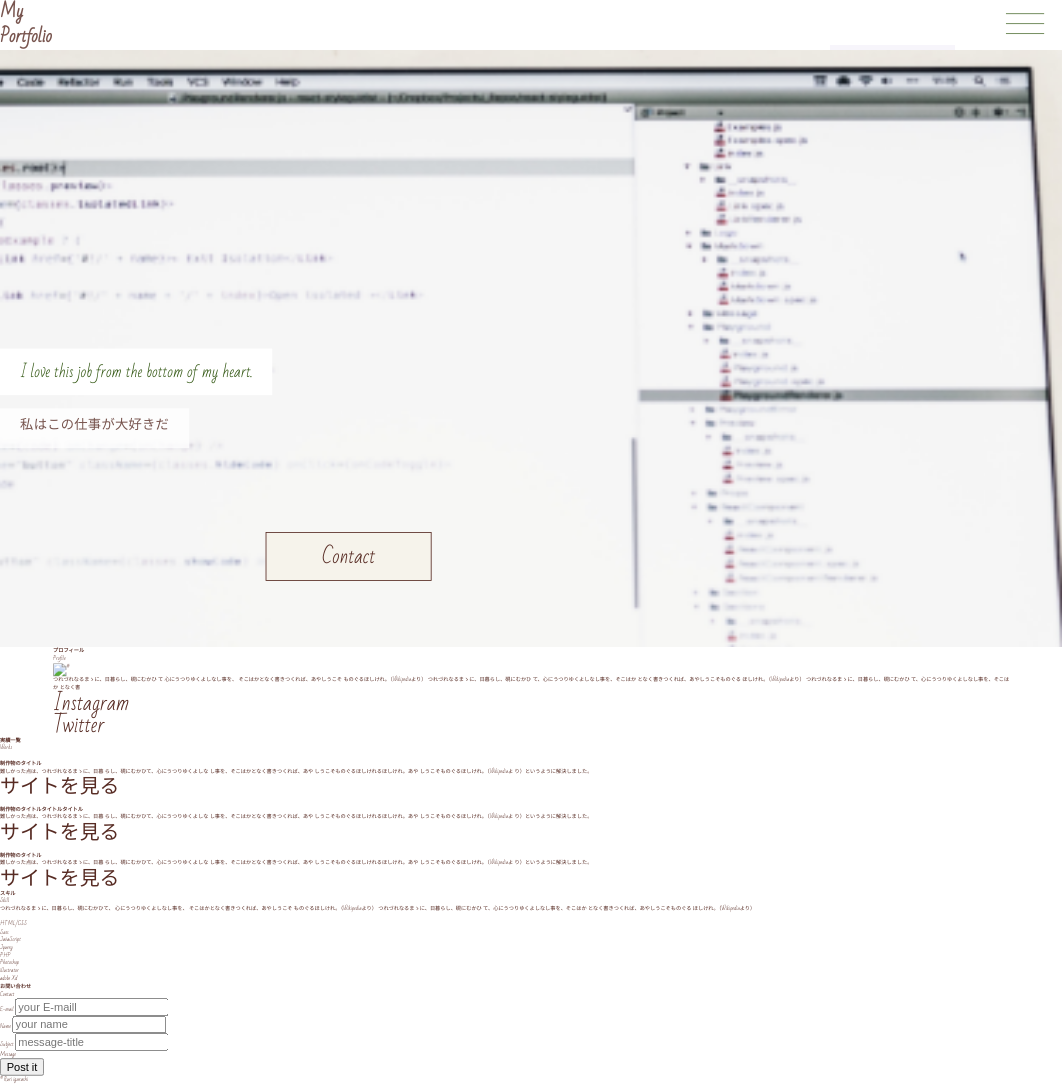
Repository: ppmp556/igarashi.kakuu
Page: index.html
The author's editor kept a copy of each file at every save. The page is drawn from the files as they stood at one save, then again after the next save.
The browser window is 1280 px wide. The pictures show the whole page, at 83% of full size.
Some web libraries are served in a nearby version. The style sheet was rebuilt from its Sass, Less or Tailwind sources for each picture, by a compiler version that may differ from the author's.

Above is the page before, as saved 2020-10-25 12:17:07.
Console error: TypeError: Cannot read properties of null (reading 'addEventListener')

### index.html
<!DOCTYPE html>
<html lang="ja">
    <head>
        <meta charset="UTF-8">
        <meta name="viewport" content="width=device-width, initial-scale=1.0, maximum-scale=1.0, minimum-scale=1.0">
        <link rel="stylesheet" href="faundation.css" type="text/css">
        <link rel="stylesheet" href="./css/style.css" type="text/css">
        <link href="https://use.fontawesome.com/releases/v5.6.1/css/all.css" rel="stylesheet">
        <link href="https://fonts.googleapis.com/css?family=Bad+Script" rel="stylesheet">
        <link href="https://fonts.googleapis.com/css?family=Sawarabi+Gothic" rel="stylesheet">
        <link rel="img" href="image">
        <title>架空LP</title>

    </head>
    <body>

        <div class="container">
            <header class="header">
                <h1 class="header_ttl">
                    <a href="index.html" class="header_link">My Portfolio</a><!-- /.header_link -->
                </h1><!-- /.header_ttl -->
                <nav class="nav">
                    <div class="nav_wrapper" id="nav_lists">
                        <!-- ハンバーガーメニュー部分 -->
                        <div class="toggle_btn" id="nav_toggler">
                            <span class="toggle_line __tg1"></span>
                            <span class="toggle_line __tg2"></span>
                            <span class="toggle_line __tg3"></span>
                        </div>
                        <!-- ハンバーガーメニューここまで -->
                    </div>
                    <ul class="nav_list flex">
                        <li class="nav_item">
                            <a href="#" class="nav_link">Profile<span class="nav_sp">プロフィール</a><!-- /.nav_link -->
                        </li><!-- /.nav_item -->
                        <li class="nav_item">
                            <a href="#" class="nav_link">Works<span class="nav_sp">実績一覧</a><!-- /.nav_link -->
                        </li><!-- /.nav_item -->
                        <li class="nav_item">
                            <a href="#" class="nav_link">Skill<span class="nav_sp">スキル</a><!-- /.nav_link -->
                        </li><!-- /.nav_item -->
                        <li class="nav_item">
                            <a href="#" class="nav_link">Contact<span class="nav_sp">お問い合わせ</a><!-- /.nav_link -->
                        </li><!-- /.nav_item -->
                    </ul><!-- /.nav_list -->
                </nav><!-- /.nav -->
            </header><!-- /.header -->
        </div><!-- /.container -->
        <div class="kv">
            <div class="kv_txtbox">
                <p class="kv_txt">I love this job from the bottom of my heart.</p><!-- /.kv_txt -->
                <p class="kv_txt __subtxt">私はこの仕事が大好きだ</p><!-- /.kv_txt -->
            </div><!-- /.kv_txtbox -->
            <div class="contact_box">
                <a href="#" class="contact_link">Contact</a><!-- /.contact_link -->
            </div><!-- /.contact_box -->
        </div><!-- /.kv -->
        <main>
            <div class="inner">

                <section class="prof" id="prof">
                    <div class="section_ttlbox">
                        <h2 class="prof_ttl">プロフィール</h2><!-- /.prof_ttl -->
                        <span class="prof_sub">Profile</span>
                    </div><!-- /.section_ttlbox -->
                    <div class="prof_imgbox">
                        <img src="" alt="#">
                    </div><!-- /.prof_imgbox -->
                    <p class="prof_txt">
                        つれづれなるまゝに、日暮らし、硯にむかひ
                        て
                        心にうつりゆくよしなし事を、
                        そこはかとなく書きつくれば、あやしうこそ
                        ものぐるほしけれ。（Wikipediaより）
                        つれづれなるまゝに、日暮らし、硯にむかひ
                        て、心にうつりゆくよしなし事を、そこはか
                        となく書きつくれば、あやしうこそものぐる
                        ほしけれ。（Wikipediaより）
                        つれづれなるまゝに、日暮らし、硯にむかひ
                        て、心にうつりゆくよしなし事を、そこはか
                        となく書
                    </p><!-- /.prof_txt -->
                    <div class="section_btnbox">
                        <div class="site_btn">
                            <a href="#" class="site_link">Instagram</a>
                        </div><!-- /.site_btn -->
                        <div class="site_btn">
                            <a href="#" class="site_link">Twitter</a>
                        </div><!-- /.site_btn -->
                    </div><!-- /.section_btnbox -->
                </section><!-- /#prof.prof -->


                <section class="work" id="work">
                    <div class="section_ttlbox">
                        <h2 class="work_ttl">実績一覧</h2><!-- /.work_ttl -->
                        <span class="work_sub">Works</span>
                    </div><!-- /.section_ttlbox -->

                    <div class="work_imgbox">
                        <ul class="work_list">
                            <li class="work_item">
                                <img src="" alt="" class="work_img">
                                <h3 class="work_ttl">制作物のタイトル</h3><!-- /.work_txt -->
                                <p class="work_txt">
                                    難しかった点は、つれづれなるまゝに、日暮
                                    らし、硯にむかひて、心にうつりゆくよしな
                                    し事を、そこはかとなく書きつくれば、あや
                                    しうこそものぐるほしけれるほしけれ。あや
                                    しうこそものぐるほしけれ。（Wikipediaよ
                                    り）というように解決しました。
                                </p><!-- /.work_txt -->
                                <div class="site_btn">
                                    <a href="#" class="site_link">サイトを見る</a>
                                </div><!-- /.site_btn -->
                            </li><!-- /.work_item -->
                            <li class="work_item">
                                <img src="" alt="" class="work_img">
                                <h3 class="work_ttl">制作物のタイトルタイトルタイトル</h3><!-- /.work_txt -->
                                <p class="work_txt">
                                    難しかった点は、つれづれなるまゝに、日暮
                                    らし、硯にむかひて、心にうつりゆくよしな
                                    し事を、そこはかとなく書きつくれば、あや
                                    しうこそものぐるほしけれるほしけれ。あや
                                    しうこそものぐるほしけれ。（Wikipediaよ
                                    り）というように解決しました。
                                </p><!-- /.work_txt -->
                                <div class="site_btn">
                                    <a href="#" class="site_link">サイトを見る</a>
                                </div><!-- /.site_btn -->
                            </li><!-- /.work_item -->
                            <li class="work_item">
                                <img src="" alt="" class="work_img">
                                <h3 class="work_ttl">制作物のタイトル</h3><!-- /.work_txt -->
                                <p class="work_txt">
                                    難しかった点は、つれづれなるまゝに、日暮
                                    らし、硯にむかひて、心にうつりゆくよしな
                                    し事を、そこはかとなく書きつくれば、あや
                                    しうこそものぐるほしけれるほしけれ。あや
                                    しうこそものぐるほしけれ。（Wikipediaよ
                                    り）というように解決しました。
                                </p><!-- /.work_txt -->
                                <div class="site_btn">
                                    <a href="#" class="site_link">サイトを見る</a>
                                </div><!-- /.site_btn -->
                            </li><!-- /.work_item -->
                        </ul><!-- /.work_list -->
                    </div><!-- /.work_imgbox -->
                </section><!-- /#work.work -->

                <section class="skii" id="skill">
                    <div class="section_ttlbox">
                        <h2 class="skill_ttl">スキル</h2><!-- /.skill_ttl -->
                        <span class="skill_sub">Skill</span>
                    </div><!-- /.section_ttlbox -->
                    <div class="skill_txtbox">
                        <p class="skill_txt">
                            つれづれなるまゝに、日暮らし、硯にむかひて、
                            心にうつりゆくよしなし事を、
                            そこはかとなく書きつくれば、あやしうこそ
                            ものぐるほしけれ。（Wikipediaより）
                            つれづれなるまゝに、日暮らし、硯にむかひ
                            て、心にうつりゆくよしなし事を、そこはか
                            となく書きつくれば、あやしうこそものぐる
                            ほしけれ。（Wikipediaより）
                        </p><!-- /.skill_txt -->
                    </div><!-- /.skill_txtbox -->
                    <div class="skill_listbox">
                        <div class="skill_imgbox">
                            <img src="" alt="" class="skill_img">
                        </div><!-- /.skill_imgbox -->
                        <ul class="skill_list">
                            <li class="skill_item">HTML/CSS</li><!-- /.skill_item -->
                            <li class="skill_item">Sass</li><!-- /.skill_item -->
                            <li class="skill_item">JavaScript</li><!-- /.skill_item -->
                            <li class="skill_item">Jquery</li><!-- /.skill_item -->
                            <li class="skill_item">PHP</li><!-- /.skill_item -->
                            <li class="skill_item">Photoshop</li><!-- /.skill_item -->
                            <li class="skill_item">illustrator</li><!-- /.skill_item -->
                            <li class="skill_item">adobe Xd</li><!-- /.skill_item -->
                        </ul><!-- /.skill_list -->
                    </div><!-- /.skill_listbox -->
                </section><!-- /#skill.skii -->

                <section class="contact" id="contact">
                    <div class="section_ttlbox">
                        <h2 class="contact_ttl">お問い合わせ</h2><!-- /.contact_ttl -->
                        <span class="contact_sub">Contact</span>
                    </div><!-- /.section_ttlbox -->
                    <form action="#" class="ly-form">
                        <div class="form ord1">
                            <div class="form2">

                                <label for="email" class="formTitle u-formTxt">E-mail</label>
                                <input type="email" class="formBox" name="your-E-mail" placeholder="your E-maill">
                            </div>
                        </div>
                        <div class="form ord2">
                            <div class="form2">
                                    <label for="name" class="formTitle u-formTxt">Name</label>
                                    <input type="text" class="formBox" name="your name" placeholder="your name">

                            </div>
                        </div>
                        <div class="form ord3">
                            <div class="form2">
                                <label for="subject" class="formTitle u-formTxt">Subject</label>
                                <input type="subject" class="formBox" name="message-title" placeholder="message-title">
                            </div>
                        </div>
                        <div class="form ord4">
                            <div class="form2">
                                <label for="message" class="formTitle u-formTxt">Message</label>
                                <textare name="contents" class="area" name="contents" placeholder="contents" rows="4" cols="40"></textare>
                            </div>
                        </div>
                        <div class="inputWrap btnhv u-send">
                            <input type="submit" value="Post it" class="sendBtn">
                        </div>
                    </form>
                </section><!-- /#contact.contact -->
            </div><!-- /.inner -->

        </main>


        <footer class="footer">
            <div class="footer_sharbox">
                <ul class="footer_sharalist">
                    <li class="footer_item"></li><!-- /.footer_item -->
                    <li class="footer_item"></li><!-- /.footer_item -->
                    <li class="footer_item"></li><!-- /.footer_item -->
                </ul><!-- /.footer_sharalist -->
            </div><!-- /.footer_sharbox -->
            <small class="footer_txt">&copy; Ruri igarashi</small>
        </footer><!-- /.footer -->


        <script type="text/javascript" src="menu.js"></script>
        <script src="https://code.jquery.com/jquery-3.4.1.js" integrity="sha256-WpOohJOqMqqyKL9FccASB9O0KwACQJpFTUBLTYOVvVU=" crossorigin="anonymous"></script>

    </body>
</html>

### faundation.css

html,
body,
div,
span,
object,
iframe,
h1,
h2,
h3,
h4,
h5,
h6,
p,
blockquote,
pre,
abbr,
address,
cite,
code,
del,
dfn,
em,
img,
ins,
kbd,
q,
samp,
small,
strong,
sub,
sup,
var,
b,
i,
dl,
dt,
dd,
ol,
ul,
li,
fieldset,
form,
label,
legend,
table,
caption,
tbody,
tfoot,
thead,
tr,
th,
td,
article,
aside,
canvas,
details,
figcaption,
figure,
footer,
header,
hgroup,
menu,
nav,
section,
summary,
time,
mark,
audio,
video {
  margin: 0;
  padding: 0;
  border: 0;
  outline: 0;
  font-size: 100%;
  vertical-align: baseline;
  background: transparent;
}

body {
  line-height: 1.5;
}

article,
aside,
details,
figcaption,
figure,
footer,
header,
hgroup,
menu,
nav,
section {
  display: block;
}

ul,
ol {
  list-style: none;
}

table {
  border-collapse: collapse;
  border-spacing: 0;
}

a {
  color: inherit;
  text-decoration: none;
}

img {
  width: 100%;
  max-width: 100%;
  height: auto;
  vertical-align: bottom;
}

### menu.js
const body = document.body;

const toggler = document.getElementById('navToggler');
//#navToggleを取得し、togglerに格納


const navList = document.getElementById('js-nav');
const navList2 = document.getElementById('js-nav2');
//#navListsを取得し、navListに格納


toggler.addEventListener('click', function() {
    //togglerクリックされたら、
    body.classList.toggle('clicked');

});
navList.addEventListener('click', function(){


    body.classList.remove('clicked');
});
navList2.addEventListener('click', function(){


    body.classList.remove('clicked');
});

### scss/style.scss
@charset "UTF-8";

$cColor: #572B23;
$cBgColor: #f6f3eb;
$cGreen: #315611;
$cwhite: #ffffff;
$cGray: #f9f9f9;


html {
    font-size: 62.5%;
    overflow: auto;


}

body {
    color: $cColor;
    background-color: $cwhite;
    font-family: "Bad Script","Sawarabi Gothic";
    font-size: 62.5%;
    margin: 0 auto;
    overflow: hidden;
    width: 100%;
    height: auto;

}

*, *::before, *::after {
    box-sizing: border-box;
}

a:link, a:visited, a:hover, a:active {
    /*テキストデフォルト下線外し*/
    text-decoration: none;
    /* color: #ffffff; */
}




.container {
    overflow: hidden;
}


.flex {
    display: flex;
    justify-content: flex-start;
}

.inner {
    min-width: 336px;
    width: 100%;
    margin: 0 auto;
}


.site_btn {
    display: flex;
    width: 200px;
    font-size: 2.4rem;
    color: #572B23;
    line-height: 27px;
}

.site_link {
    width: 100%;
    height: 100%;
    display: block;
    margin: auto;
}

/****************

header

*************/

.header {
    display: flex;
    z-index: 5;
    width: 100%;
    height: 100%;
    background-color: $cwhite;
    opacity: .8;

    &_ttl {
        font-size: 2.0rem;
    font-family: "Bad Script";
    opacity: 1;
    color: $cColor;
    }
}

// nav

.nav {
    width: 100%;
    line-height: 20px;
    display: flex;
    justify-content: center;
    align-items: center;


    /* ハンバーガーメニュー */
    &_list {
        position: absolute;
        display: block;
        top: 54px;
        /* left: 377px; */
        left: 1000px;
        overflow: hidden;
        width: 15rem;
        max-height: auto;
        cursor: pointer;

        overflow-y: auto;/*縦方向の表示*/

        display: flex;
        flex-direction: column;
        transition: opacity .8s ease, visibility .6s ease;
        color: #572B23;

        background-color: #F6F3FB;
        visibility: .6s ease;
        opacity: 1;

        &.clicked {
            left: 114px;
            visibility: visible;
            opacity: 0.9;
            width: 262px;
            top: 0;
            /* height: 667px; */
            height: 100vh;
            background-color: #f6f3f8;
            position: absolute;
            display: flex;
            align-items: center;
            justify-content: center;

        }
    }

    &_item {
        padding: 2px 0;
        font-size: 2rem;
        color: #572B23;
        position: relative;

        transition: transform 6s ease, opacity .2s ease;

        &:nth-child(1) {
        transform: translateX(200px);

        transition: transform .6s ease, opacity .2s ease;

        }

        &:nth-child(2) {
        transition-delay: .15s;

        }
        &:nth-child(3) {
        transition-delay: .3s;

        }

        &:nth-child(4) {
        transition-delay: .45s;

        }

        &:nth-child(5) {
        transition-delay: .6s;

        }

        &::after {
        position: absolute;
        bottom: -4px;
        left: 0;
        content: '';
        width: 100%;
        height: 2px;
        background: #572B23;
        transform: scale(0, 1);
        transform-origin: left top;
        transition: transform .3s;
        }

        &:hover::after {
        transform: scale(1, 1);
        }

    }







    &_link {
        width: 100%;
        display: block;
        color: #572B23;
    font-size: 2.4rem;
    display: flex;
    align-items: center;
    flex-direction: column;
    justify-content: center;
    }


}




.clicked .navList .navItem {
    transform: translateX(0px);
}







.toggle_btn {

    z-index: 2000;
    position: absolute;
    top: 0;
    width: 45.25px;
    /* height: 24px; */
    height: 55px;
    right: 16.19px;
    cursor: pointer;
    transition: all .30s ease-in-out;/*0.3秒かけて変化*/
}

.toggle_line {
    display: block;
    position: absolute;
    z-index: 2100;
    right: 6.3px;
    top: 14px;
    width: 100%;
    height: 1px;
    background-color: #315611;
    transition: all 0.3s;
}


.__tg1 {
    top: 16.19px;

    &.clicked {
        transform: translateY(12px) rotate(-315deg);
    }
}
.__tg2 {
    top: 28.19px;
    &.clicked {
        opacity: 0;
    }
}
.__tg3 {
    top: 40.19px;
    &.clicked {
        transform: translateY(-11px) rotate(315deg);
    }
}


/****************

kv

*************/

.kv {
    background: url(/images/top-image/top-image.png) center / cover no-repeat;
    background-position-y: 50%;
    height: 100vh;
    width: 100%;
    // display: flex;

    position: relative;

    &_txtbox {
        position: absolute;
        top: 50%;

    }

    &_txt {
        margin: auto;
        text-align: center;
        font-size: 1.8rem;
        color: $cGreen;
        padding: 10px 24px;
        background-color: $cwhite;
        opacity: 1;
        margin-bottom: 16px;
        line-height: 2;
    }

}


.__subtxt {
    font-size: 1.6rem;
    padding: 13px 24px;
    color: $cColor;
    opacity: 0.8;
    letter-spacing: 0.32px;
    width: 228px;
    height: 48px;
    line-height: .84;
    display: inline-block;
    margin-right: auto;
}


.contact_box {
    display: block;
    position: absolute;
    bottom: 80px;
    left: 25%;
    margin: 0 auto;
    width: 20rem;
    line-height: 45px;
    // margin-top: auto;

    opacity: 1;
    border: 1px solid $cColor;
    text-align: center;
    background-color: $cBgColor;
    font-size: 2.3rem;
    font-family: "bad script";
    color: $cColor;

}


.contact_link {
    padding: 6px 66px;
    display: block;
    width: 100%;
    // height: 100%;
    text-align: center;

}

/****************

profile

*************/

.prof {
    padding: 0 64px;
}


.ly-profWrapper {
  position: absolute;
  top: 668px;
  width: 375px;
  height: 1054px;
}
.ly-profBox {
  display: flex;
  justify-content: center;
  align-items: center;
  height: 942px;
}
.profImages {
    background-image:url("images/profile/profile.png") ;
    background-repeat: no-repeat;

    position: absolute;
    width: 316px;
    height: 330px;

    top: 165px;
    left: 28px;
    z-index: -90;
}

.hideBox1 {
    border: 1px solid #315611;
    width: 316px;
    height: 330px;
    z-index: -99;
    opacity: 1;
    position: absolute;
    left: 20px;
    top: 157px;

}
.hideBox2 {
    border: 1px solid #315611;
    width: 316px;
    height: 330px;
    z-index: -98;
    opacity: 1;
    position: absolute;
    left: 36px;
    top: 173px;

}
.profContent {
    position: absolute;
    text-align: left;
    top: 535px;
    left: 20px;

    width: 336px;
    height: auto;
}


.profBtn {
    position: relative;
    display: flex;
    justify-content: space-around;
    top: -4px;

}

.contactBtn {
    justify-content: space-between;
    border: 1px solid #315611;
    background: #ffffff;
    width: 16rem;
    height: 4.8rem;
    position: relative;
}


.u-boxImg {
    right: -143px;
    top: -424px;
    z-index: -101;
}

.u-prof {
    font-size: 1.6rem;
    letter-spacing: 0.32px;
    line-height: 2;
    font-family: "Sawarabi Gothic";
}
.u-Btn {
    font-family:"Bad Script";
    font-size: 2.4rem;

}

After the next save:
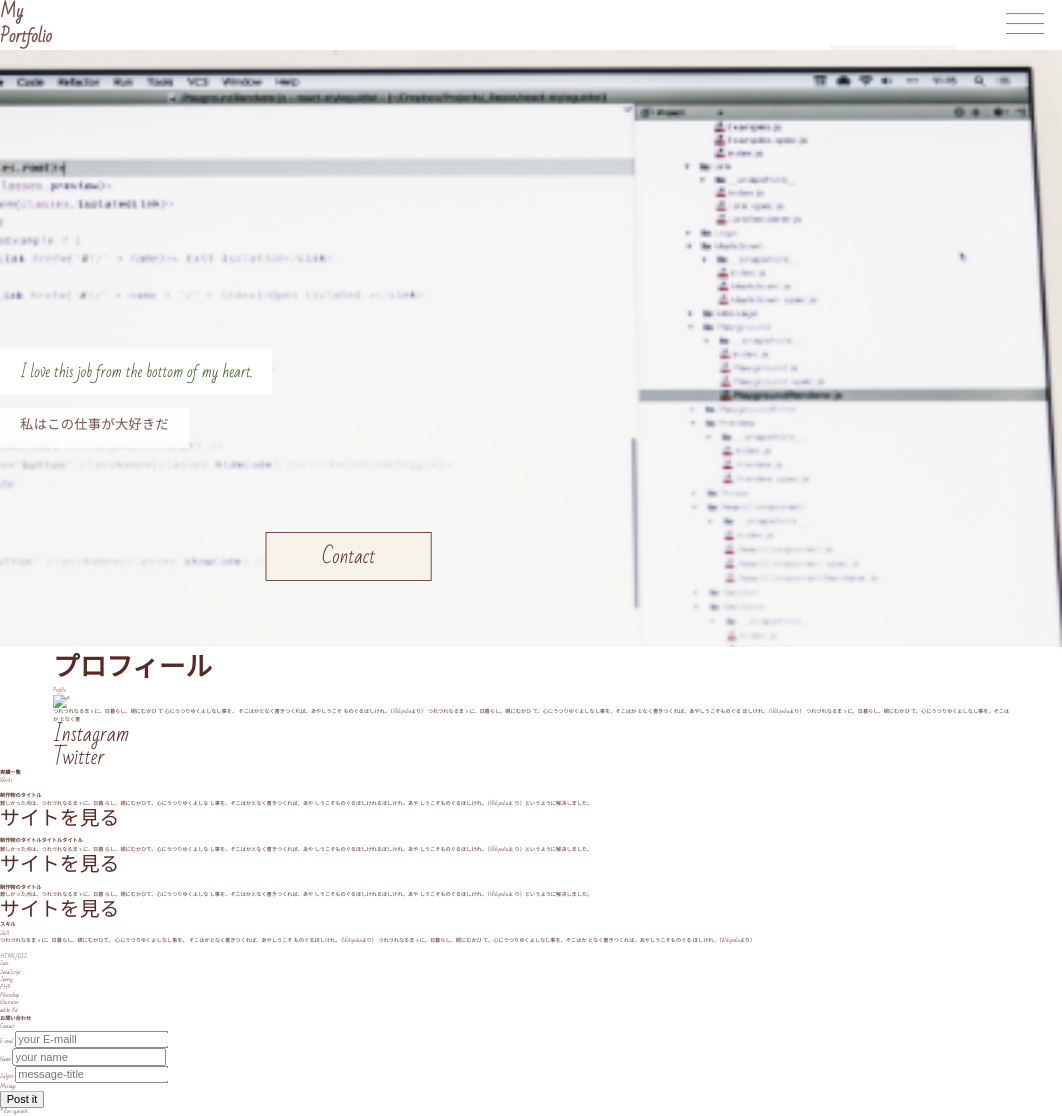
Saved 48 s later.
--- a/scss/style.scss
+++ b/scss/style.scss
@@ -364,6 +364,13 @@ profile
 
 .prof {
     padding: 0 64px;
+
+    &_ttl {
+        font-size: 3.2rem;
+        color: $cColor;
+    }
+
+
 }
 
 
